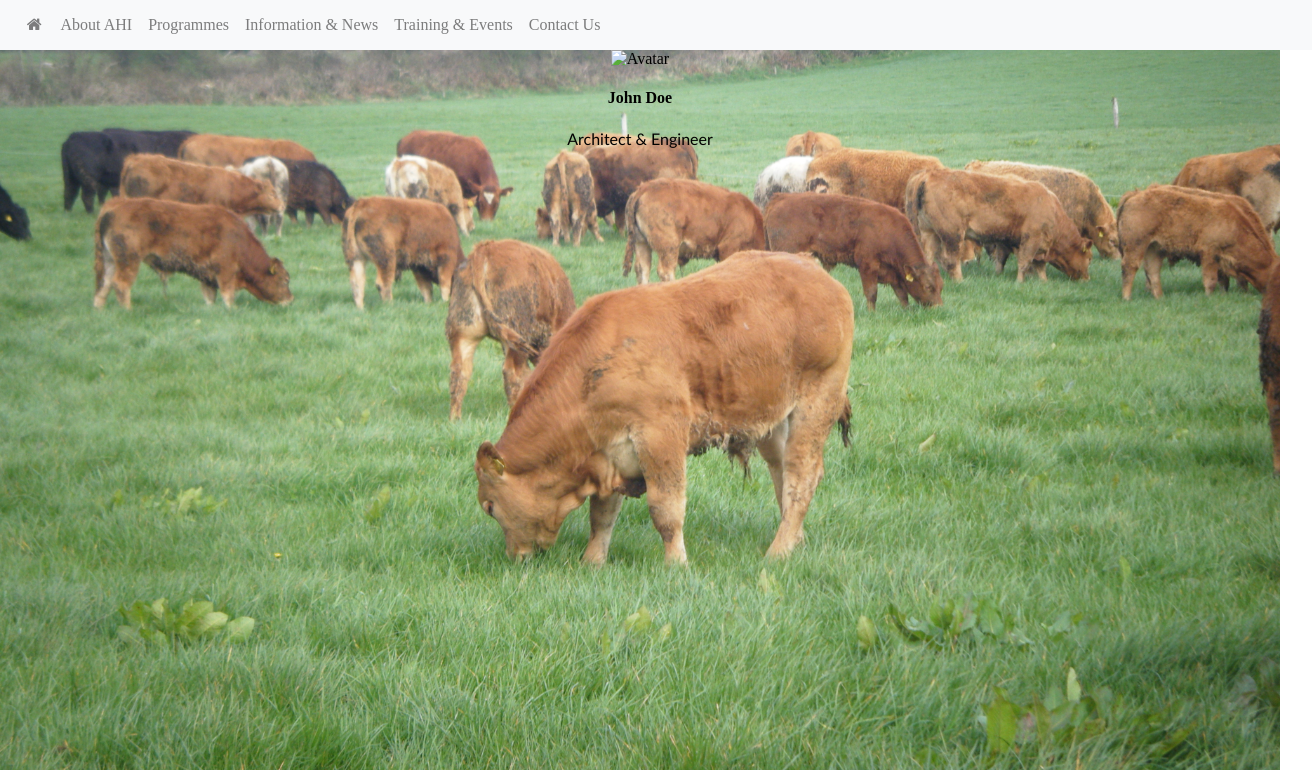
Repository: lisaannbyrne1/MilestoneProject1
Page: index.html
The author's editor kept a record of every edit. The page is drawn from the files as they stood at one moment, then again after the next edit.
The browser window is 1280 px wide. The page is 1312 px wide, so the pictures cover 1312 px, including what lies to the right of the window. The pictures show the part of the page from y = 720 to 1490 px (the page is 1490 px tall before and 884 px after).
Backgrounds fixed to the window are drawn as part of the page.

Above is the page before.
Not found: assets/js/myscript.js
Not found: img_avatar.png

### index.html
<!DOCTYPE html>
<html lang="en">

<head>
    <meta charset="UTF-8">
    <meta name="viewport" content="width=device-width, initial-scale=1.0">
    <meta http-equiv="X-UA-Compatible" content="ie=edge">
    <script src="./assets/js/myscript.js"></script>
    <link rel="stylesheet" href="https://cdnjs.cloudflare.com/ajax/libs/font-awesome/4.7.0/css/font-awesome.min.css">
    <link rel="stylesheet" href="./assets/css/style.css" type="text/css" />
    <title>Animal Health Ireland</title>
</head>

<body>

    <!--Landing-->
    <header>
        <div class="header">
            <img src="assets/images/ahi.jpg" alt="AHI" id="logo">
            <h1 class="text">ANIMAL HEALTH IRELAND</h1>
            <p class="subtext">Contributing to a profitable and sustainable farming and agri-food sector through improved animal health</p>
        </div>
    </header>

      <!--Navigation Bar-->
    <div class="ahinav" id="nav">
    <ul>
        <li><a class="active" href="#home"><i class="fa fa-fw fa-home"></i></a></li>
        <li><a href="#about">About AHI</a></li>
        <li><a href="#programmes">Programmes</a></li>
        <li><a href="#news">Information & News</a></li>
        <li><a href="#training">Training & Events</a></li>
        <li><a href="#contact">Contact Us</a></li>
    </ul>
</div>



    <!--About-->

    <div class="about" id="about">

        <div class="card" id="about">
  <img src="img_avatar.png" alt="Avatar" style="width:100%">
  <div class="container">
    <h4><b>John Doe</b></h4>
    <p>Architect & Engineer</p>
  </div>
</div>
    </div>


    <!--Programmes-->
    <!--Information & News-->
    <!--Training & Events-->
    <!--Footer-->



</body>

</html>

### assets/css/style.css
/*--Fonts--*/

h1,
p {
    font-family: Calibri, Helvetica, sans-serif
}

/*--Landing fonts/images--*/

body {
    margin: 0;
}

.text {
    color: #fff;
    font-family: Calibri, Helvetica, sans-serif;
    font-size: 3rem;
    font-weight: 900;
    margin-top: 0px;
    display: inline;
}

.subtext {
    color: #fff;
    font-family: Calibri, Helvetica, sans-serif;
    font-size: 1.2rem;
    text-align: center;
    padding-left: 40px;
    font-weight: 900;
}

#logo {
    padding-top: 30px;
    width: 235px;
    height: 117px;
    margin-right: 20px;

}

/*--Sections--*/

header {
    background-attachment: fixed;
    background-image: url("../../assets/images/landing.jpg");
    background-position: bottom;
    background-size: cover;
    text-align: center;
    margin-bottom: 0px;
    height: 100vh;
    width: 100vw;
    z-index: 1;

}


/*--Navigation--*/

.ahinav {
    background-color: #f8f9fa;
    padding: 0.5rem 1rem 0.5rem 1rem;
    position: -webkit-sticky;
    position: sticky;
    width: 100%;
    z-index: 1000000;
    top: 0;
}

ul {
    list-style-type: none;
    margin: 0;
    padding: 0;
    overflow: hidden;
    background-color: transarent;
}

li a {
    display: block;
    color: rgba(0,0,0,.5);
    text-align: center;
    padding: 8px 8px;
    text-decoration: none;
     float: left;
}

li a:hover {
    color: #A9A9A9;
    text-decoration: none;
}



/*--Sections--*/

.about {
    background-attachment: fixed;
    background-image: url("../../assets/images/about.JPG");
    background-position: bottom;
    background-size: cover;
    text-align: center;
    margin-bottom: 0px;
    margin-top: 0px;
    height: 100vh;
    width: 100vw;
    z-index: 1;

}

.programmes {
    background-attachment: fixed;
    background-image: url("../../assets/images/programmes.jpg");
    background-position: bottom;
    background-size: cover;
    text-align: center;
    margin-bottom: 0px;
    margin-top: 0px;
    height: 100vh;
    width: 100vw;
    z-index: 1;

}


.news {
    background-attachment: fixed;
    background-image: url("../../assets/images/news.JPG");
    background-position: bottom;
    background-size: cover;
    text-align: center;
    margin-bottom: 0px;
    margin-top: 0px;
    height: 100vh;
    width: 100vw;
    z-index: 1;

}


.training {
    background-attachment: fixed;
    background-image: url("../../assets/images/train.jpg");
    background-position: bottom;
    background-size: cover;
    text-align: center;
    margin-bottom: 0px;
    margin-top: 0px;
    height: 100vh;
    width: 100vw;
    z-index: 1;

}

/*--Cards--*/

/*--Transitions--*/

/*--Footer--*/

/*--Footer Socials--*/

/*--Media Queries--*/

/*--Smartphone (portrait & landscape)--*/

@media only screen and (min-device-width : 320px) and (max-device-width : 480px) {
        .text {
        text-align: center;
        font-size: 2rem;
        padding: 0;
    }
    .subtext {
        text-align: center;
        font-size: 1rem;
        padding: 0;
        font-weight: normal;
    }

    #logo {
        display: block;
        margin-left: auto;
        margin-right: auto;
    }

}

/*--Smartphone (landscape)--*/

@media only screen and (min-width : 321px) {
        .text {
        text-align: center;
        font-size: 2rem;
        padding: 0;
    }
    .subtext {
        text-align: center;
        font-size: 1rem;
        padding: 0;
        font-weight: normal;
    }

    #logo {
        display: block;
        margin-left: auto;
        margin-right: auto;
    }
}

/*--Smartphone (portrait)--*/

@media only screen and (max-width : 320px) {
      .text {
        text-align: center;
        font-size: 2rem;
        padding: 0;
    }
    .subtext {
        text-align: center;
        font-size: 1rem;
        padding: 0;
        font-weight: normal;
    }

    #logo {
        display: block;
        margin-left: auto;
        margin-right: auto;
    }
}

/*--iPads (portrait & landscape)--*/

@media only screen and (min-device-width : 768px) and (max-device-width : 1024px) {
     .text {
        text-align: center;
        padding: 0;
    }
    .subtext {
        text-align: center;
        padding: 0;

}
}


/*--iPads (landscape)--*/

@media only screen and (min-device-width : 768px) and (max-device-width : 1024px) and (orientation : landscape) {
        .text {
        text-align: center;
        padding: 0;
    }
    .subtext {
        text-align: center;
        padding: 0;
    }
}

/*--iPads (portrait)--*/

@media only screen and (min-device-width : 768px) and (max-device-width : 1024px) and (orientation : portrait) {
        .text {
        text-align: center;
        padding: 0;
    }
    .subtext {
        text-align: center;
        padding: 0;
    }
}

/*--Desktops & laptops--

@media only screen and (max-width : 1224px) {
{
*/

/*--Large Screens--

@media only screen and (max-width : 1824px) {
{
*/

/*--iPhone 4--*/

@media only screen and (-webkit-min-device-pixel-ratio : 1.5), only screen and (min-device-pixel-ratio : 1.5) {
    .text {
        text-align: center;
        font-size: 2rem;
        padding: 0;
    }
    .subtext {
        text-align: center;
        font-size: 1rem;
        padding: 0;
        font-weight: normal;
    }

    #logo {
        display: block;
        margin-left: auto;
        margin-right: auto;
    }
}

After the next edit:
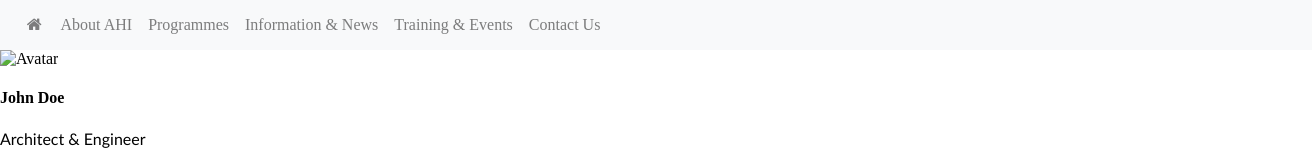
The edit:
--- a/index.html
+++ b/index.html
@@ -38,7 +38,7 @@
 
     <!--About-->
 
-    <div class="about" id="about">
+
 
         <div class="card" id="about">
   <img src="img_avatar.png" alt="Avatar" style="width:100%">
